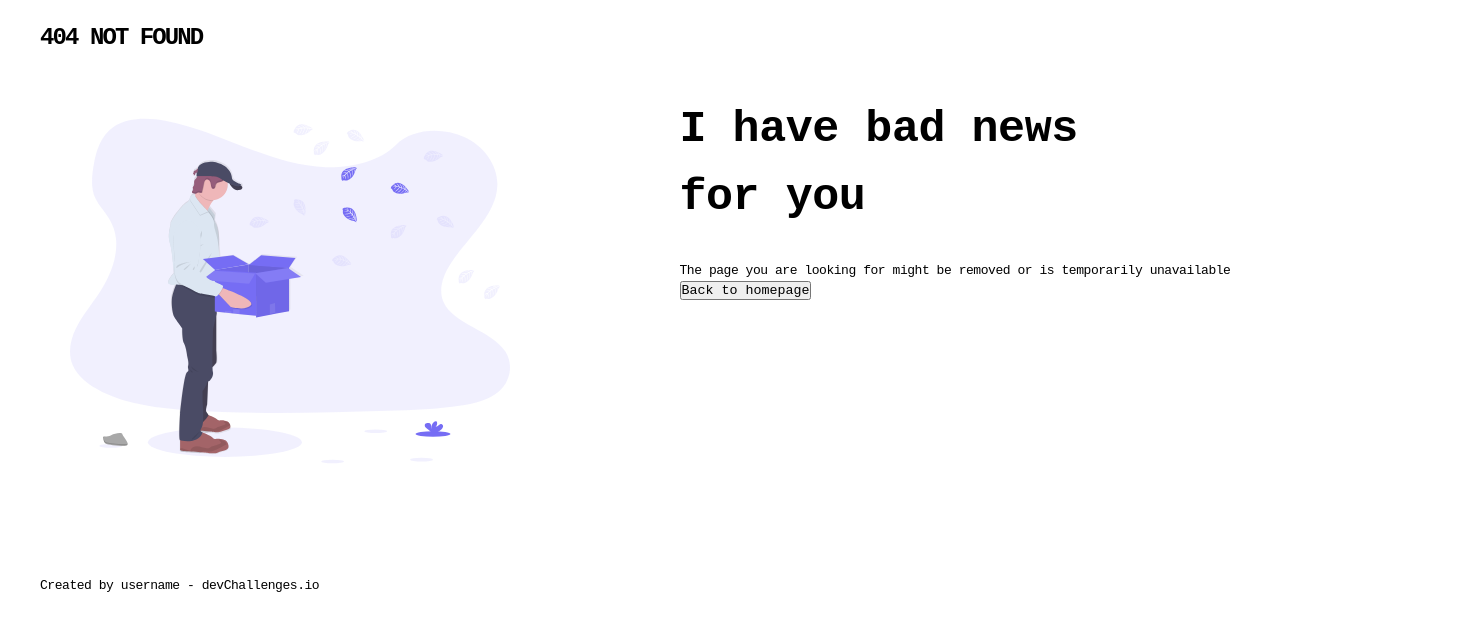
Repository: georgisenze/404-not-found-challeng
Page: index.html
The author's editor kept a copy of each file at every save. The page is drawn from the files as they stood at one save, then again after a run of saves.
The browser window is 1280 px wide. The page is 1280 px wide, then 1470 px, so the pictures cover 1470 px, including what lies to the right of the window. The pictures show the whole page.

Above is the page before, as saved 2023-02-21 07:10:23.

### index.html
<!DOCTYPE html>
<html lang="en">
<head>
    <meta charset="UTF-8">
    <meta http-equiv="X-UA-Compatible" content="IE=edge">
    <meta name="viewport" content="width=device-width, initial-scale=1.0">
    <title>404 page not found</title>
    <link rel="stylesheet" href="assets/css/style.css">
    <link
      href="https://fonts.googleapis.com/css2?family=Poppins:wght@400;500&display=swap"
      rel="stylesheet"
    />
</head>
<body>
    <div class="main">
        <header>
            <p>404 not found</p>
        </header>

        <div class="container">
            <div class="row">
                <div class="left">
                    <img src="assets/img/404-illustration.svg" alt="">
                </div>
                <div class="rigth">
                    <div class="col-2">
                        <h1>I have bad news for  you</h1>
                    </div>
                    <div class="col-2">
                        <p>The page you are looking for might be removed or is temporarily unavailable</p>
                    </div>
                    <div class="col-2">
                        <button>Back to homepage</button>
                    </div>
                </div>
            </div>
        </div>


        <footer>
            <p>Created by <span>username</span> - devChallenges.io </p>
        </footer>
    </div>
</body>
</html>

### assets/css/style.css
*{
    margin: 0;
    padding: 0;
    font-family: monospace;
}

.main {
    grid-template-rows: auto 1fr auto;
    max-width: 1200px;
    min-height: 100vh;
    margin: 0 auto;
    padding-inline: 24px;
    line-height: 1.5;
    letter-spacing: -0.035em;
}

header p {
    text-transform: uppercase;
    font-weight: 700;
    font-size: 24px;
    padding: 20px 0;
    letter-spacing: -0.08em;
}

.container{
    display: flex;
    justify-content: center;
}

.row{
    display: flex;
    justify-content: space-around;
    height: 500px;
}

.left {
    margin-right: 150px;
}

.left img{
    width: 440px;
    height: 350px;
    float: left;
    padding: 40px 20px;
}

.rigth{
    display: flex;
    flex-direction: column;
    flex-wrap: wrap;
    align-content: space-between;

}

.col-2 h1{
    width: 400px;
    padding-top: 20px;
    font-weight: 700;
    font-size: 45px;
    margin-bottom: 30px;
}

After the next 3 saves:
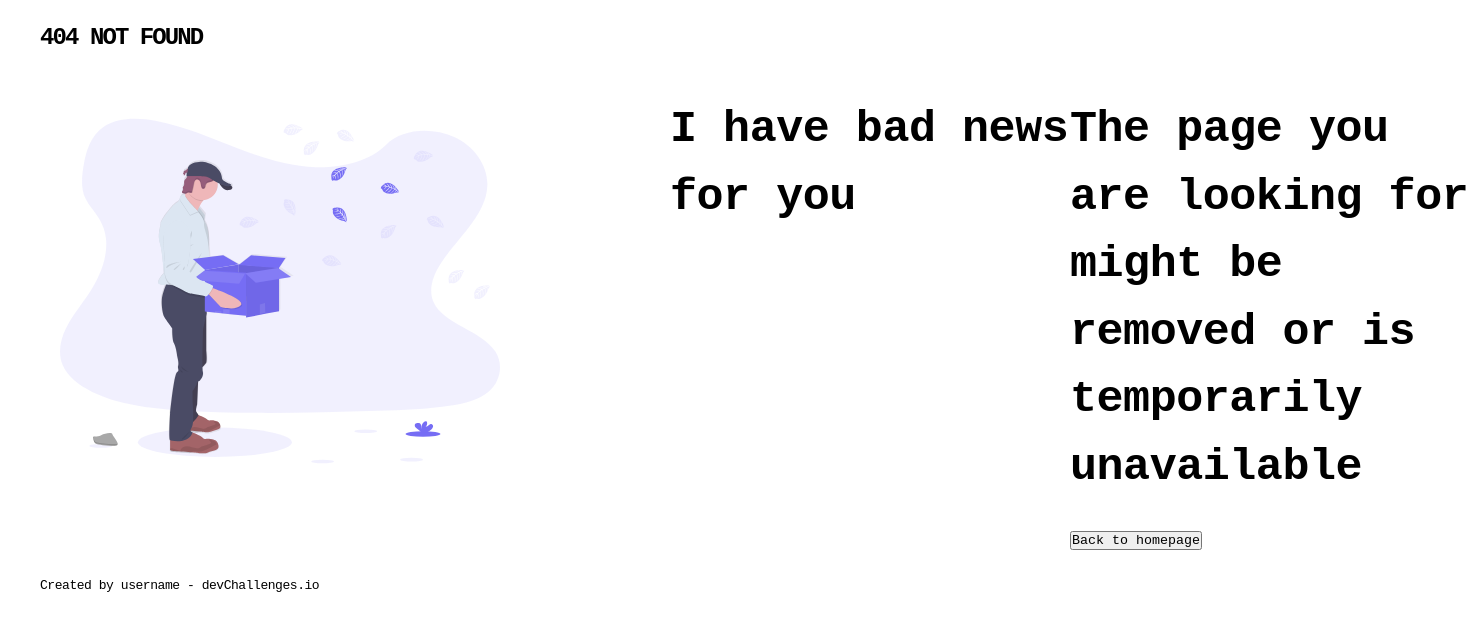
The 3 saves are shown as one change because they came seconds apart.
The last was saved 28 s later.
--- a/assets/css/style.css
+++ b/assets/css/style.css
@@ -59,3 +59,11 @@ header p {
     font-size: 45px;
     margin-bottom: 30px;
 }
+
+.col-2 p{
+    width: 400px;
+    padding-top: 20px;
+    font-weight: 700;
+    font-size: 45px;
+    margin-bottom: 30px;
+}
